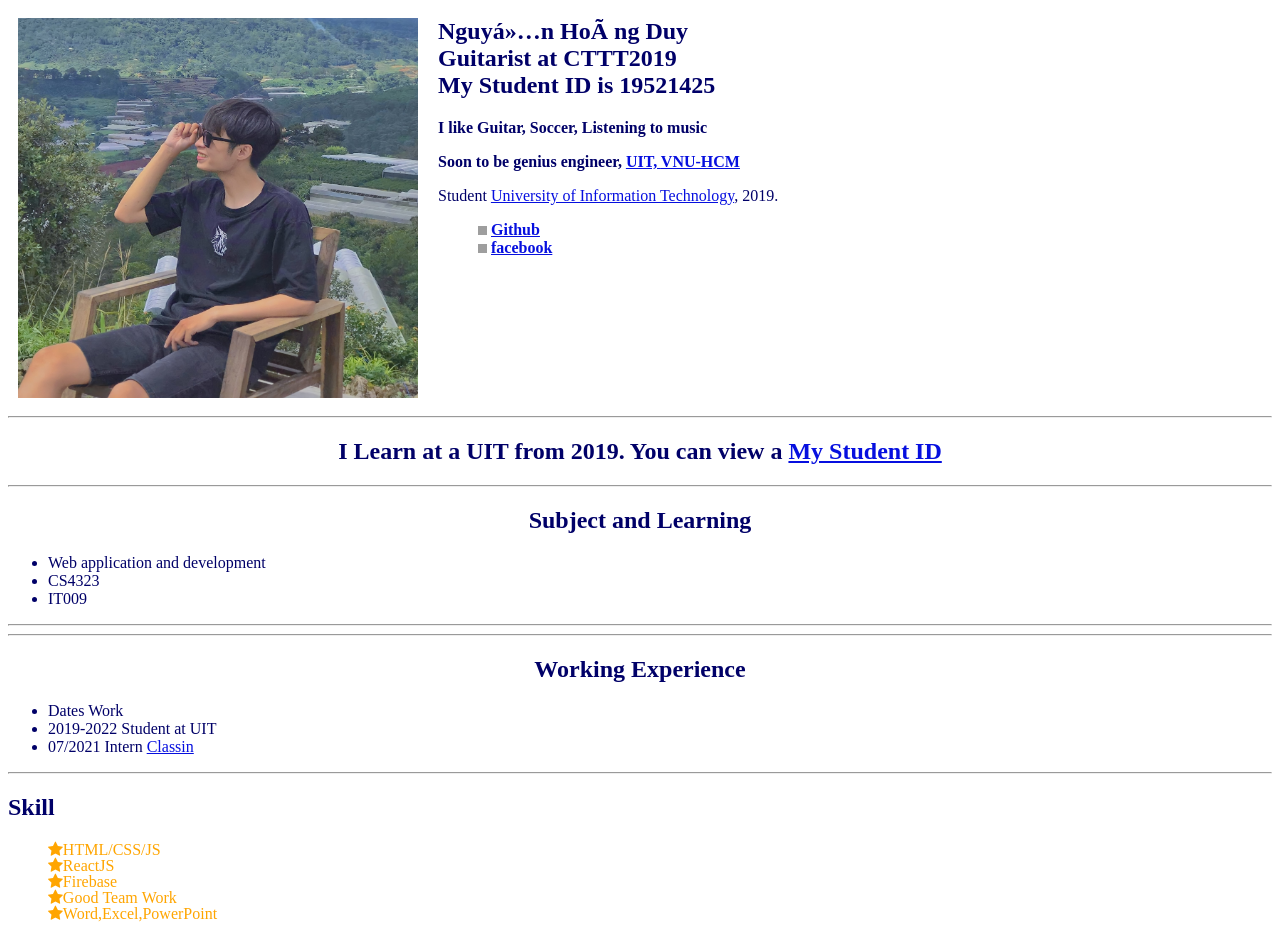
Repository: HoangDuy315/web-dev2022
Page: ex2.html
An editor plug-in stored every save of this project. The page is shown before and after the next save, followed by the edit.
The browser window is 1280 px wide. The pictures show the whole page.
Pictures or frames that could not be fetched are drawn as grey boxes.

Above is the page before, as saved 2022-09-22 15:20:20.

### ex2.html
<html>
    <head>
        <title>GnahYuD</title>
        <link rel="SHORTCUT ICON" href="images/cormen-tiny.jpg">
        <script charset="utf-8" src="https://platform.twitter.com/js/button.c6c95b9789db97ea1e9742d215fff751.js"></script>
        <link rel="stylesheet" href="ex2.css">
        <link rel="stylesheet" href="https://cdnjs.cloudflare.com/ajax/libs/font-awesome/4.7.0/css/font-awesome.min.css">
    </head>
<body text="#000068" link="#060FDF" vlink="#060FDF" alink="#DC24C5">

<!-- <TABLE CELLPADDING="10" CELLSPACING="0" WIDTH="475"> -->
<table cellpadding="10" cellspacing="0">
<tbody><tr valign="TOP">

<td valign="TOP" width="151">

<img class="duy" src="./123.JPG"><p>

</p></td>

<td valign="TOP">

<h2>Nguyễn Hoàng Duy<br>
Guitarist at CTTT2019<br>
My Student ID is 19521425
</h2>

<p>
<strong>I like  Guitar, Soccer, Listening to music</strong>
</p>

<p><strong>Soon to be genius engineer,
<a href="https://www.uit.edu.vn/">UIT, <a href="https://vnuhcm.edu.vn/">VNU-HCM</a></a>
</strong> </p>

<p>

Student <a href="https://www.uit.edu.vn/">University of Information Technology</a>, 2019.</p><p>

</p><dd>
<b>
<img src="images/yellowsq.gif" alt="*" width="9" height="9">
  <a href="https://github.com/HoangDuy315">Github</a><br>
<img src="images/yellowsq.gif" alt="*" width="9" height="9">
     <a href="https://www.facebook.com/profile.php?id=100007746304417">facebook</a>
</b>


</dd></td>
</tr>
</tbody></table>




<hr >
    <h2 class="yud">I Learn at a UIT from 2019.  You can view a <a href="https://student.uit.edu.vn/">My Student ID</a></h2>
</hr>

<hr class="hi">
    <h2 class="yud">Subject and Learning</h2>
    <ul>
        <li >Web application and development</li>
        <li >CS4323</li>
        <li >IT009</li>
    </ul>

<hr>

<hr>
    <h2 class="yud">Working Experience</h2>
    <ul>
        <li>Dates Work</li>
        <li>2019-2022 Student at UIT</li>
        <li>07/2021 Intern  <a href="https://www.classin.com/">Classin</a></li>
    </ul>
</hr>

<hr>
    <h2>Skill</h2>
    <ul>
        <li class="fa fa-star checked">HTML/CSS/JS</li><br>
        <li class="fa fa-star checked">ReactJS</li><br>
        <li class="fa fa-star checked">Firebase</li><br>
        <li class="fa fa-star checked">Good Team Work</li><br>
        <li class="fa fa-star checked">Word,Excel,PowerPoint</li>
    </ul>
</hr>

</script>

</body></html>

### ex2.css


.duy {
    color: blue;
    height: 380px;
    width: 400px;
}

.checked {
    color: orange;
}

.yud {
    text-align: center;
}

.yud .li {
    text-align: center;
}

.hi {
    font-size: 18px;
    text-align: center;
}

After the next save:
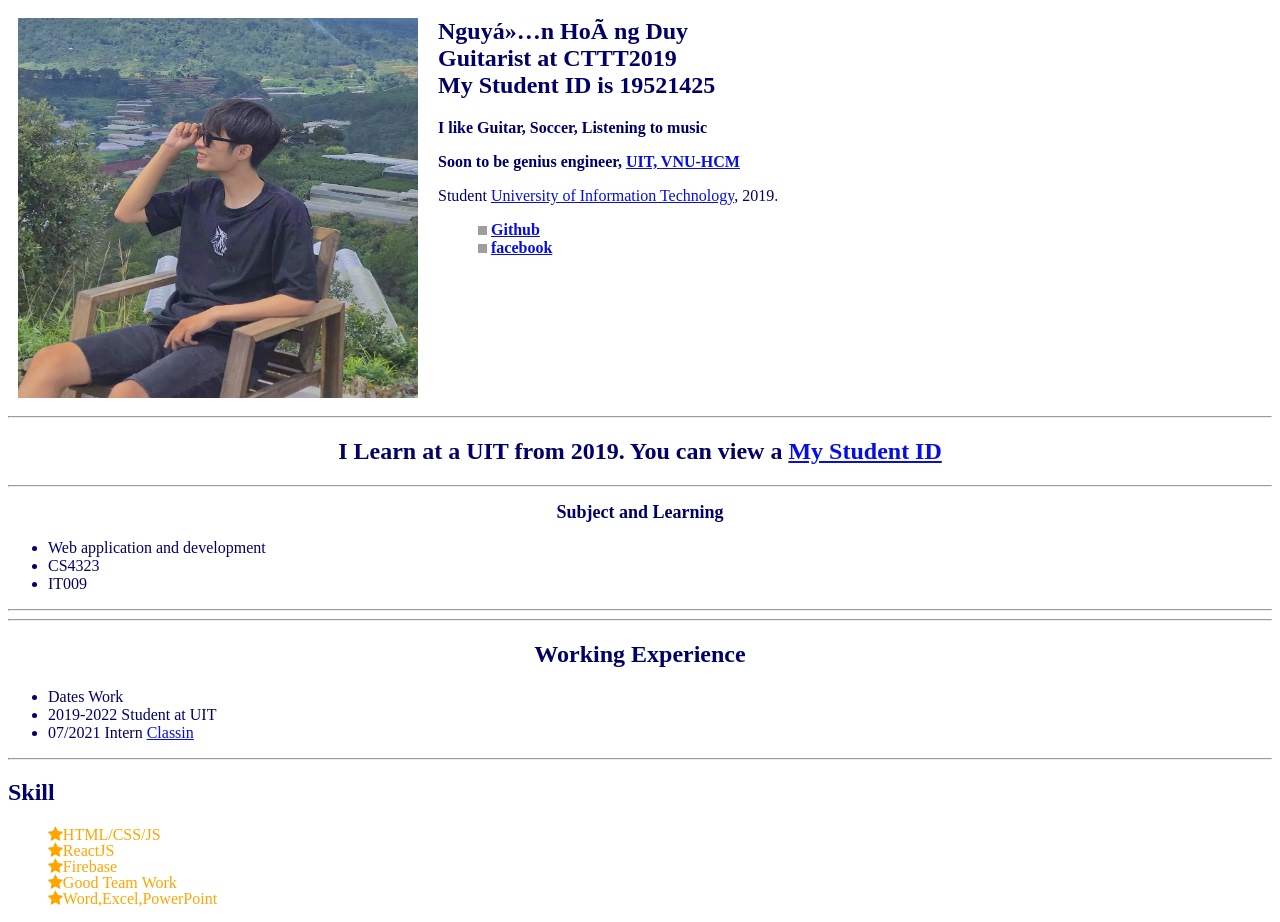
Saved 11 s later.
--- a/ex2.html
+++ b/ex2.html
@@ -57,8 +57,8 @@ Student <a href="https://www.uit.edu.vn/">University of Information Technology</
     <h2 class="yud">I Learn at a UIT from 2019.  You can view a <a href="https://student.uit.edu.vn/">My Student ID</a></h2>
 </hr>
 
-<hr class="hi">
-    <h2 class="yud">Subject and Learning</h2>
+<hr>
+    <h2 class="hi">Subject and Learning</h2>
     <ul>
         <li >Web application and development</li>
         <li >CS4323</li>

After the save that followed:
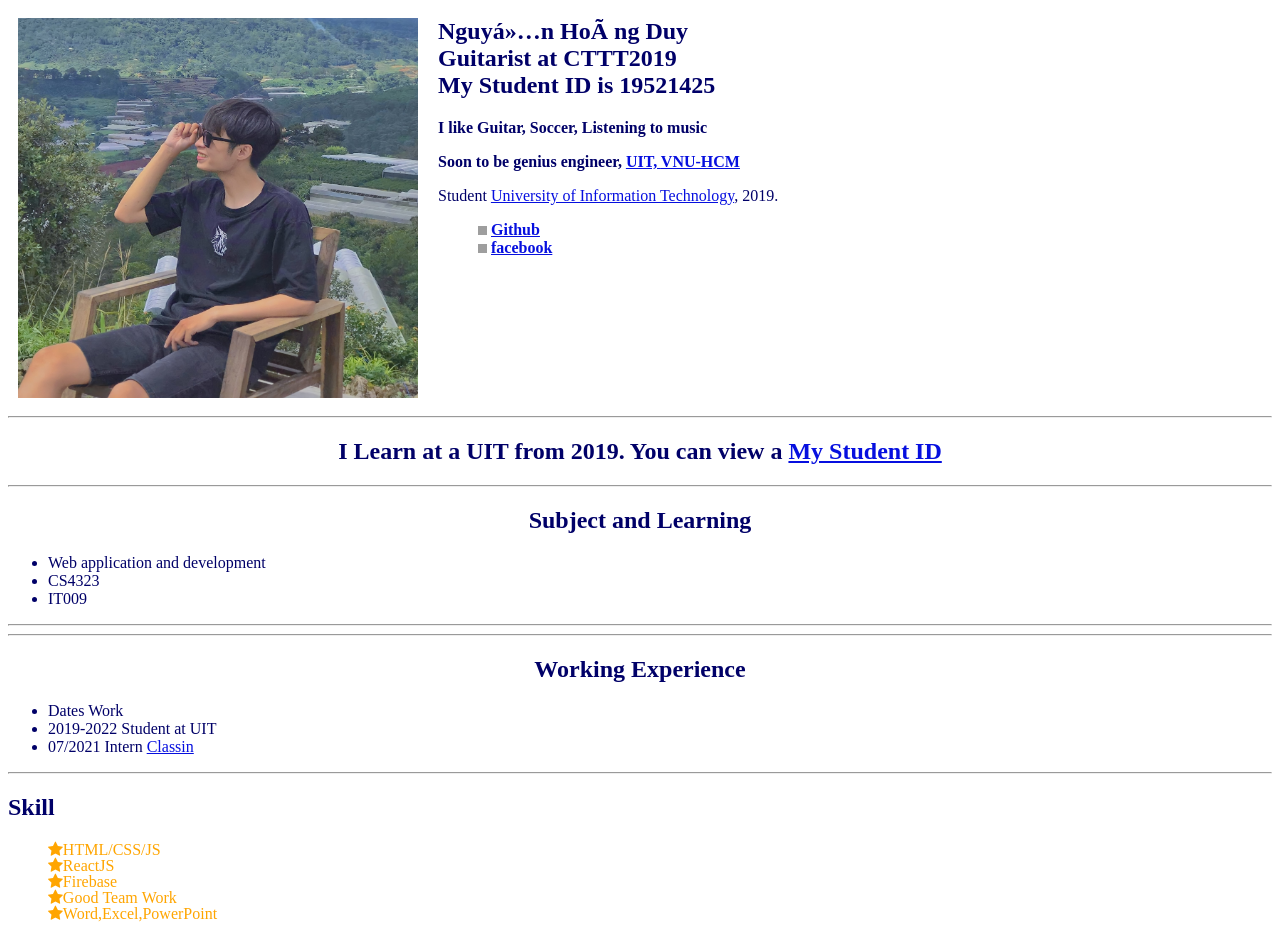
Saved 6 s later.
--- a/ex2.css
+++ b/ex2.css
@@ -19,6 +19,6 @@
 }
 
 .hi {
-    font-size: 18px;
+
     text-align: center;
 }
